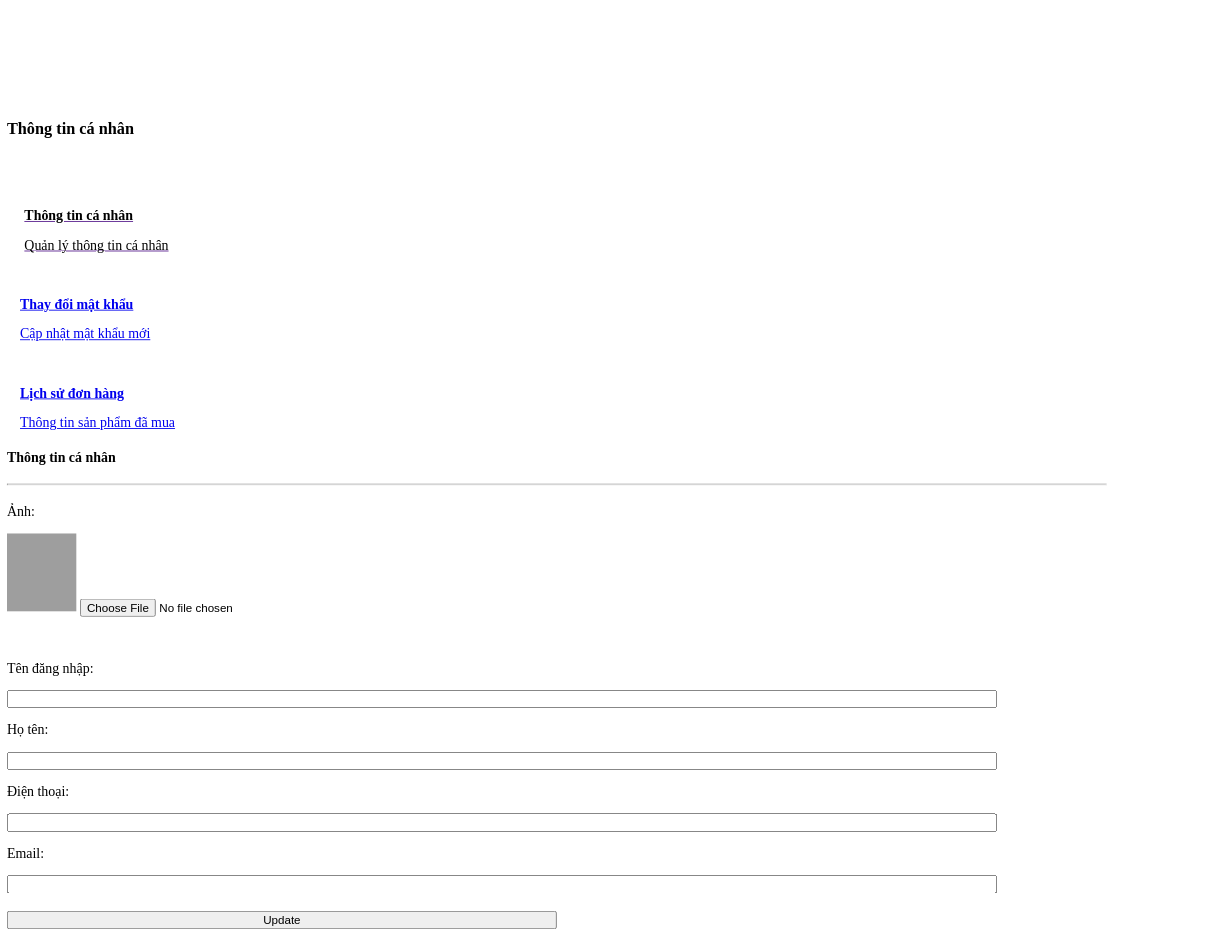
Repository: nguyengiabao245/NHOM3_C2
Page: http://localhost/DoAnJava/WEB-INF/views/account/edit.jsp
The author's editor kept a copy of each file at every save. The page is drawn from the files as they stood at one save, then again after the next save.
The browser window is 1280 px wide. The page is 1408 px wide, so the pictures cover 1408 px, including what lies to the right of the window. The pictures show the whole page, at 87% of full size.
Pictures or frames that could not be fetched are drawn as grey boxes. The page is served by Tomcat 9. Nobody is signed in. The template is opened directly, without the code that normally fills it, so the values that code supplies are empty.

Above is the page before, as saved 2022-05-16 05:43:07.

After the next save:
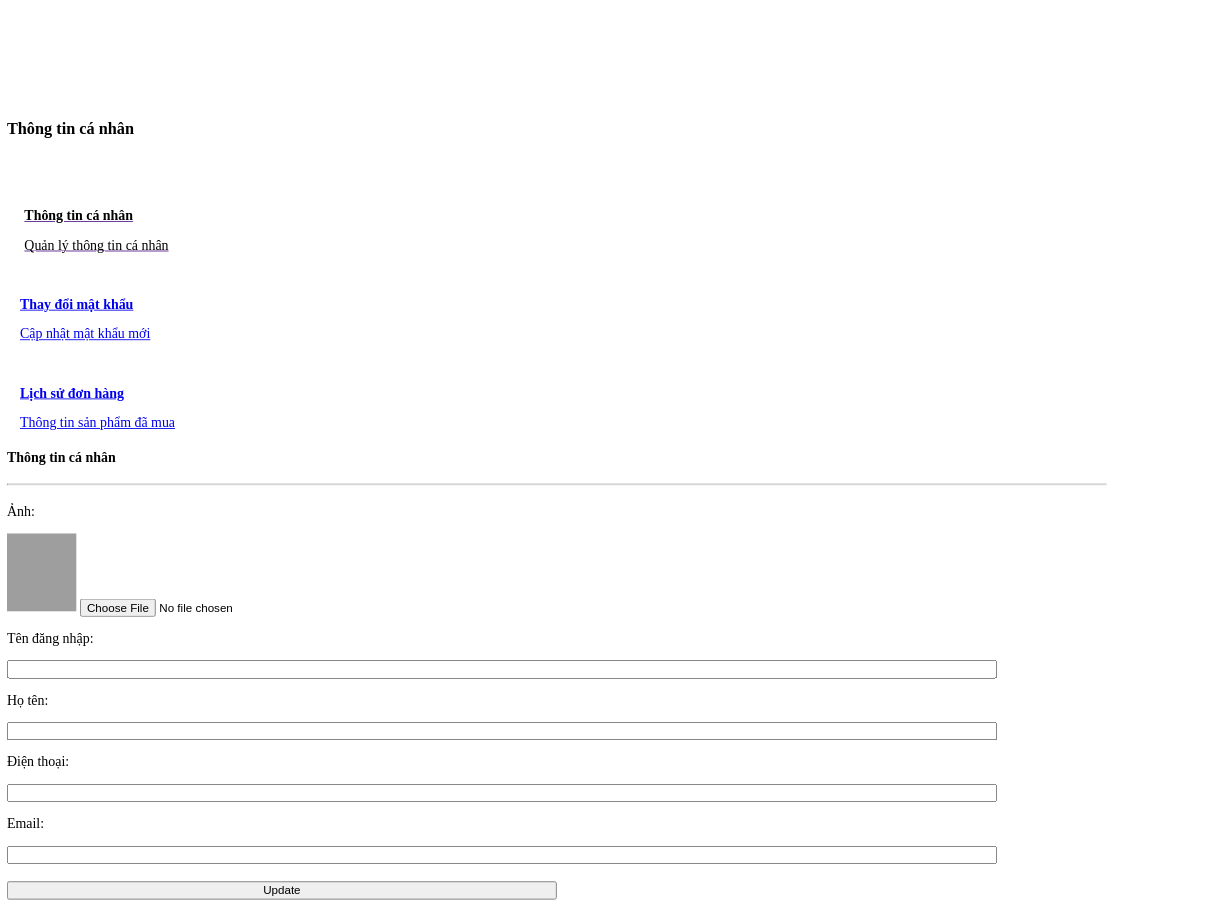
Saved 22 s later.
--- a/DoAnJava/src/main/webapp/WEB-INF/views/account/edit.jsp
+++ b/DoAnJava/src/main/webapp/WEB-INF/views/account/edit.jsp
@@ -77,7 +77,7 @@
 					<hr>
 					<form:form action="/account/edit" modelAttribute="form" enctype="multipart/form-data">
 					<h4 class="label label-danger">${message}</h4>
-						<div class="form-group">
+						<div class="row" style="margin-top:20px">
 							<div class="col-sm-4">
 								<p>Ảnh:</p>
 							</div>
@@ -90,7 +90,7 @@
 								</p>
 							</div>
 						</div>
-						<div class="form-group" style="margin-top:50px">
+						<div class="row">
 							<div class="col-sm-4">
 								<p>Tên đăng nhập:</p>
 							</div>
@@ -100,7 +100,7 @@
 								</p>
 							</div>
 						</div>
-						<div class="form-group">
+						<div class="row">
 							<div class="col-sm-4">
 								<p>Họ tên:</p>
 							</div>
@@ -110,7 +110,7 @@
 								</p>
 							</div>
 						</div>
-						<div class="form-group">
+						<div class="row">
 							<div class="col-sm-4">
 								<p>Điện thoại:</p>
 							</div>
@@ -120,7 +120,7 @@
 								</p>
 							</div>
 						</div>
-						<div class="form-group">
+						<div class="row">
 							<div class="col-sm-4">
 								<p>Email:</p>
 							</div>
